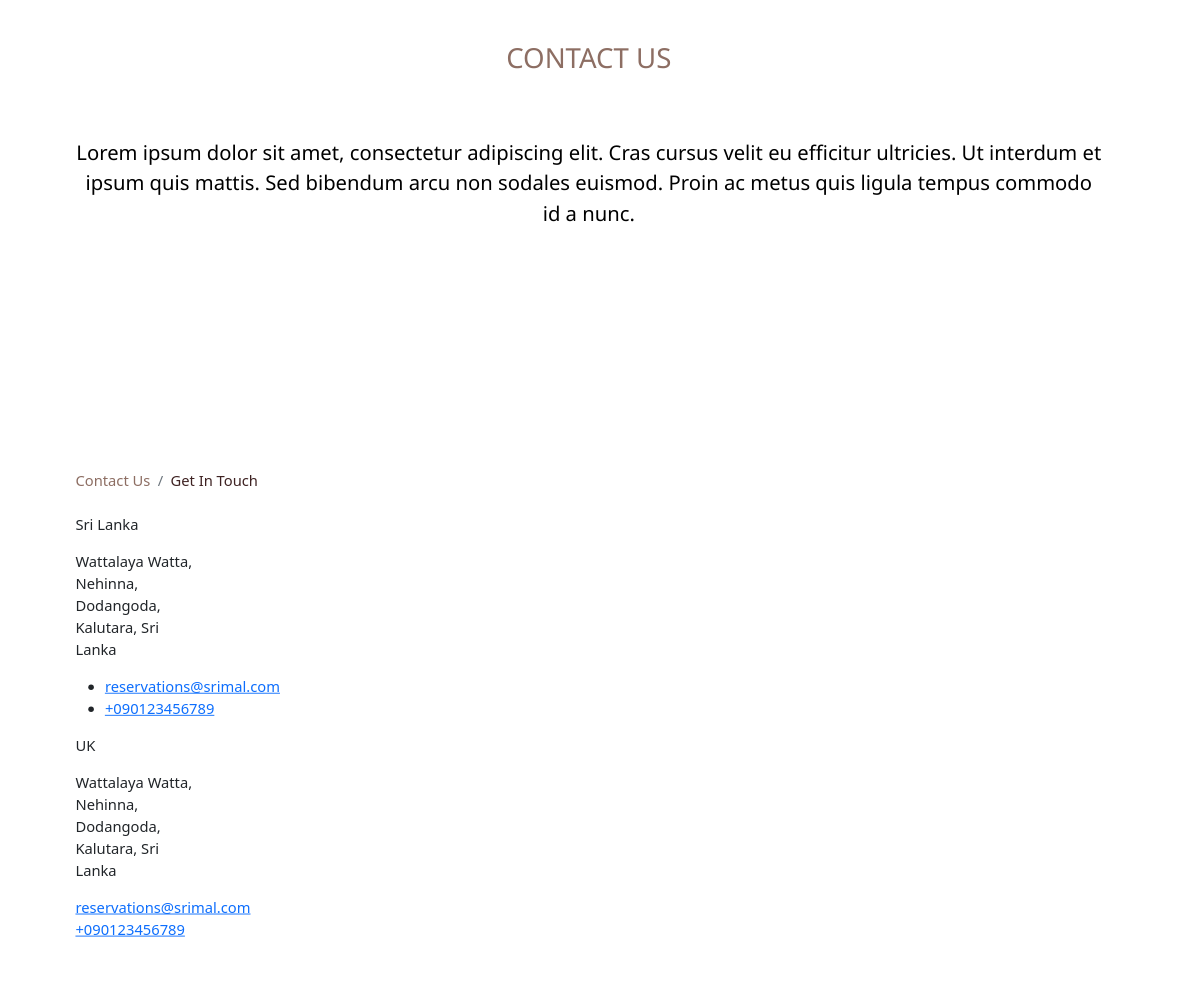
Repository: kaushalyaweerakoon/Plantation-Villa
Page: contact-us.html
An editor plug-in stored every save of this project. The page is shown before and after a run of saves, followed by the edit.
The browser window is 1280 px wide. The pictures show the whole page, at 92% of full size.
Some web fonts or font styles are not loaded; a fallback is used.

Above is the page before, as saved 2022-08-15 10:45:01.
Not found: assets/js/main.js

After the next 3 saves:
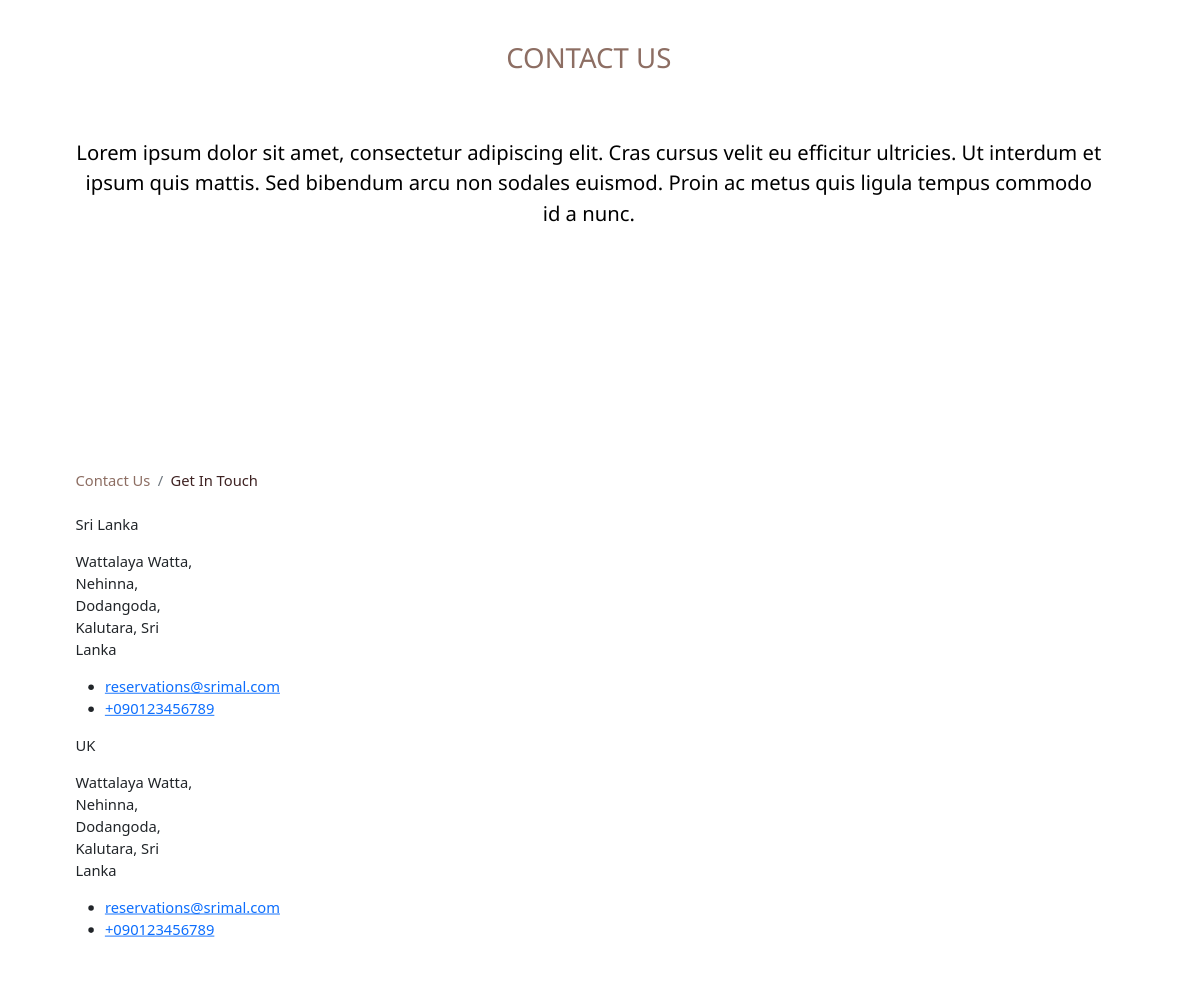
The 3 saves are shown as one change because they came seconds apart.
The last was saved 8 s later.
--- a/contact-us.html
+++ b/contact-us.html
@@ -89,10 +89,10 @@
                         <p class="">Wattalaya Watta,
                             Nehinna, Dodangoda,
                             Kalutara, Sri Lanka</p>
-                        <ul class="list-unstyled">
-                            <li><a class="tag-colour" href="reservations@srimal.com">reservations@srimal.com</a>
+                        <ul class="">
+                            <li><a class="" href="reservations@srimal.com">reservations@srimal.com</a>
                             </li>
-                            <li><a class="tag-colour" href="tel:++090123456789">+090123456789</a></li>
+                            <li><a class="" href="tel:++090123456789">+090123456789</a></li>
                         </ul>
                     </div>
                 </div>

After the save that followed:
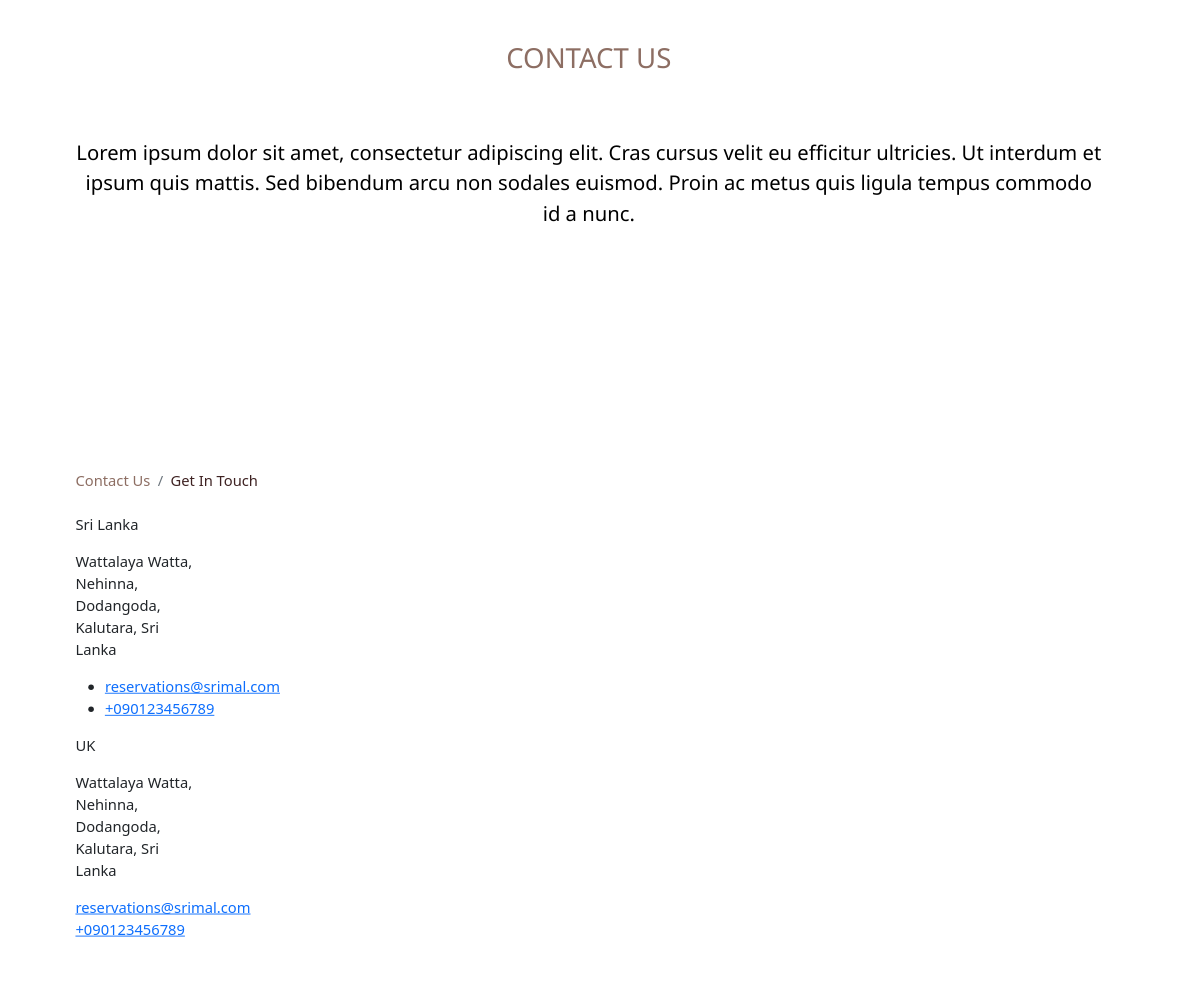
Saved 11 s later.
--- a/contact-us.html
+++ b/contact-us.html
@@ -89,10 +89,10 @@
                         <p class="">Wattalaya Watta,
                             Nehinna, Dodangoda,
                             Kalutara, Sri Lanka</p>
-                        <ul class="">
-                            <li><a class="" href="reservations@srimal.com">reservations@srimal.com</a>
+                        <ul class="list-unstyled">
+                            <li><a class="tag-colour" href="reservations@srimal.com">reservations@srimal.com</a>
                             </li>
-                            <li><a class="" href="tel:++090123456789">+090123456789</a></li>
+                            <li><a class="tag-colour" href="tel:++090123456789">+090123456789</a></li>
                         </ul>
                     </div>
                 </div>
